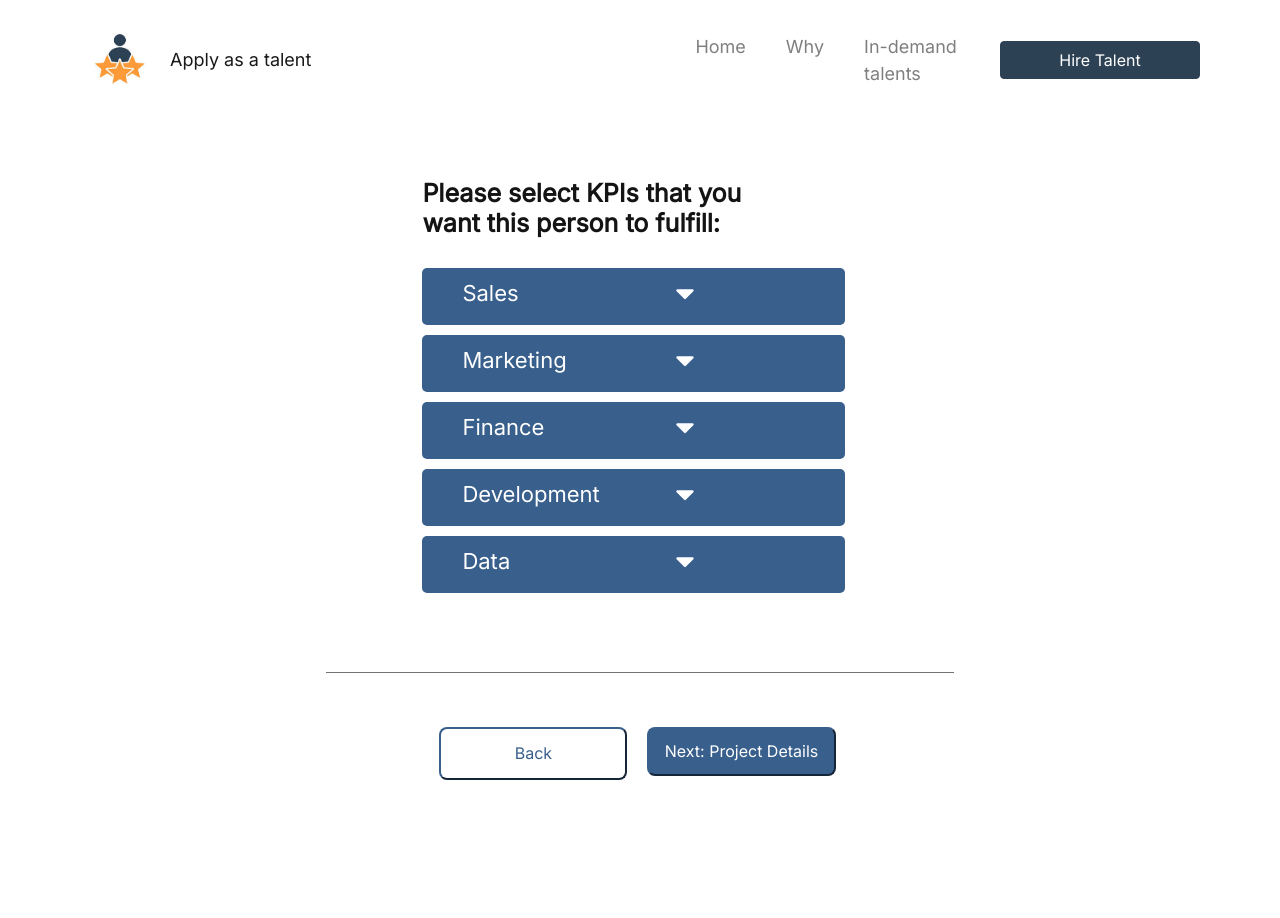
Repository: Ashwe9/talent-hire-reactJs
Page: /kpis
An editor plug-in stored every save of this project. The page is shown before and after a run of saves, followed by the edit.
The browser window is 1280 px wide. The pictures show the whole page.
The project was rebuilt for these pictures with package versions that can differ from the ones it lists, and the page was loaded fresh each time. Also part of the build but not shown: src/homePage/components/TrustedBy/TrustedBy.css, src/homePage/components/TrustedBy/TrustedBy.js, src/homePage/components/Roles/Roles.css, src/homePage/components/Roles/Roles.js, src/homePage/components/homePageFooter/HomePageFooter.css, src/homePage/components/homePageFooter/HomePageFooter.js, src/homePage/HomePage.js, src/kpisPage/Talents.css and 6 more.

Above is the page before, as saved 2022-08-20 13:37:29.

### public/index.html
<!DOCTYPE html>
<html lang="en">
  <head>
    <meta charset="utf-8" />
    <link rel="icon" href="%PUBLIC_URL%/favicon.ico" />
    <meta name="viewport" content="width=device-width, initial-scale=1" />
    <meta name="theme-color" content="#000000" />
    <meta
      name="description"
      content="Web site created using create-react-app"
    />
    <link rel="apple-touch-icon" href="%PUBLIC_URL%/logo192.png" />
    <link rel="manifest" href="%PUBLIC_URL%/manifest.json" />
    <link rel="stylesheet" href="https://stackpath.bootstrapcdn.com/bootstrap/4.4.1/css/bootstrap.min.css" integrity="sha384-Vkoo8x4CGsO3+Hhxv8T/Q5PaXtkKtu6ug5TOeNV6gBiFeWPGFN9MuhOf23Q9Ifjh" crossorigin="anonymous">
    <link href='https://fonts.googleapis.com/css?family=Inter' rel='stylesheet'>

    <title>App</title>
  </head>
  <body>
    <noscript>You need to enable JavaScript to run this app.</noscript>
    <div id="root"></div>
    <script src="https://code.jquery.com/jquery-3.4.1.slim.min.js" integrity="sha384-J6qa4849blE2+poT4WnyKhv5vZF5SrPo0iEjwBvKU7imGFAV0wwj1yYfoRSJoZ+n" crossorigin="anonymous"></script>
    <script src="https://cdn.jsdelivr.net/npm/popper.js@1.16.0/dist/umd/popper.min.js" integrity="sha384-Q6E9RHvbIyZFJoft+2mJbHaEWldlvI9IOYy5n3zV9zzTtmI3UksdQRVvoxMfooAo" crossorigin="anonymous"></script>
    <script src="https://stackpath.bootstrapcdn.com/bootstrap/4.4.1/js/bootstrap.min.js" integrity="sha384-wfSDF2E50Y2D1uUdj0O3uMBJnjuUD4Ih7YwaYd1iqfktj0Uod8GCExl3Og8ifwB6" crossorigin="anonymous"></script>  </body>
</html>

### src/App.js
import React from 'react'
import { BrowserRouter as Router, Route, Routes, Navigate } from 'react-router-dom';
import { HomePage } from './homePage/HomePage';
import KPISPage from './kpisPage/KPISPage';
import ProjectDetails from './projectDetails/ProjectDetails';
import ProfessionalDetails from './professionalDetails/ProfessionalDetails';

function App() {
  return (
    <Router>
      <Routes>
        <Route exact path="*" element={<Navigate to="/" replace />}/>
        <Route exact path="/" element={<HomePage />} />
        <Route exact path="/kpis" element={<KPISPage />} />
        <Route exact path="/projectdetails" element={<ProjectDetails />} />
        <Route exact path="/professionaldetails" element={<ProfessionalDetails />} />

      </Routes>
    </Router>
  );
}

export default App;

### src/kpisPage/KPISPage.js
import React from 'react'
import './KPISPage.css'
import { Navbar } from '../shared-components/Navbar/Navbar'
import Header from './Header'
import DropDown from './DropDown'
import { Footer } from '../shared-components/Footer/Footer'

const KPISPage = () => {
  return (
    <div>
      <Navbar />
      <Header />
      <DropDown title="Sales"/>
      <DropDown title="Marketing"/>
      <DropDown title="Finance"/>
      <DropDown title="Development"/>
      <DropDown title="Data"/>
      <Footer nextTitle="Next: Project Details" nextPath="/projectdetails" previousPath="/"/>
    </div>
  )
}

export default KPISPage

### src/shared-components/Navbar/Navbar.js
import React from 'react'
import './Navbar.css'
import { Navigate, useNavigate } from 'react-router-dom'

export const Navbar = () => {
  let navigate = useNavigate();

  return (
    <nav className="navbar navbar-expand-lg navbar-light">
      <img src= {require('../../assets/icon.png')} className="icon"/>
      <a className="navbar-brand title" href="#">Apply as a talent</a>
      <button className="navbar-toggler" type="button" data-toggle="collapse" data-target="#navbarText" aria-controls="navbarText" aria-expanded="false" aria-label="Toggle navigation">
        <span className="navbar-toggler-icon"></span>
      </button>
      <div className="collapse navbar-collapse" id="navbarText">
        <ul className="navbar-nav mr-auto">
          <li className="nav-item">
            <a className="nav-link" href="" onClick={() => {
                navigate('/', { replace: true });
              } }>Home</a>
          </li>

          <li className="nav-item">
            <a className="nav-link" href="#">Why</a>
          </li>
          <li className="nav-item">
            <a className="nav-link" href="#">In-demand talents</a>
          </li>
        </ul>
        <span className="navbar-text">
          <button className='btn btn-dark navbar-btn'>Hire Talent</button>
        </span>
      </div>
    </nav>
  )
}

### src/kpisPage/Header.js
import React from 'react'
import './Header.css'

const Header = () => {
  return (
    <div className='header-box'>
        <p className='header-by-title'>
            Please select KPIs that you want this person to fulfill:
        </p>
    </div>
  )
}

export default Header

### src/kpisPage/DropDown.js
import {FaCaretDown, FaCaretUp} from 'react-icons/fa'
import React , { useState } from 'react'
import './DropDown.css'
import { left } from '@popperjs/core'
import Talents from './Talents'


const DropDown = ({title}) => {
    const [x, setCount] = useState(0);
    const incrementCount = () => {
        setCount(x + 1);
      };

  return (
    <div>
        <div className='dropdown-box' onClick={incrementCount} >
            <p className='dropdown-title'>{title}</p>
            <a> { x%2===0 ? <FaCaretDown id='icon' size={30} style={{}} /> : <FaCaretUp id='icon' size={30} style={{}} />}</a>
        </div>
        { x%2===1 ? <Talents title={title}/> : <></>}
    </div>
  )
}

export default DropDown

### src/shared-components/Footer/Footer.js
import React from 'react'
import './Footer.css'
import { useNavigate  } from 'react-router-dom'


export  const Footer = ({nextTitle, nextPath, previousPath}) => {

  let navigate = useNavigate();

  const goNext = () => {
    let path =  nextPath;
    navigate(path);
  };
  const goBack = () => {
    let path =  previousPath;
    navigate(path);
  };

  return (
      <footer>
        <div className='Footer-box'>
            <hr id="footer-line"/>
            <div className='buttons'>
              <button className='Footer-button-back'
              onClick={goBack}
                >Back</button>

              <button className='Footer-button-next'
              onClick={goNext}
                >{nextTitle}</button>
        </div>
        </div>
      </footer>
    )
  }

### src/shared-components/Navbar/Navbar.css
.icon{
    width: 80px;
}

.title{
    font-family: "Inter";
    font-style: normal;
    font-weight: 500;
    font-size: 18px;
    line-height: 28px;
    align-items: center;
    color: #444444;
    padding-left: 10px;
}

#navbarText{
    margin-left: 30%;
}
.navbar-items{
    margin: 0 35%;

}

.nav-item{
    font-family: "Inter";
    font-style: normal;
    font-weight: 500;
    font-size: 18px;
    align-items: center;
    color: #444444;
    padding-left: 24px;
}

.navbar-btn{
    font-family: "Inter";
    font-style: bold;
    background: #2c4154;
    /* padding: 5px 50px; */
    border-color: #2c4154;
    width: 200px;
}

.navbar{
    margin: 10px 5%;
}

@media only screen and (max-width: 600px) {
    body {
      background-color: lightblue;
    }
  }

### src/kpisPage/Header.css
.header-box{
    margin: 30px 30%;
    padding: 3%;
    padding-bottom: 0%;
    align-items: center;
    width: 35%;
}

.header-by-title{
    font-family: "Inter";
    font-style: bolder;
    font-weight: 700;
    font-size: 25px;
    line-height: 30px;
    align-items: center;
    color: #141414;
}


@media only screen and (max-width: 700px) {

    .header-by-title{
        font-size: 16px;
    }

    .header-box{
        margin-left: 40px;
        width: 100%;
    }
  }
@media only screen and (max-width: 450px) {
    .header-by-title{
        font-size: 13px;
    }
    .header-box{
        margin-left: 70px;
        width: 100%;
    }
}

### src/kpisPage/DropDown.css
.dropdown-box{
    margin: 0px 33%;
    padding-top: 10px;
    padding-bottom: 1px;
    width: 33%;
    background-color: #395f8c;
    border-radius: 5px;
    display: flex;
    cursor: pointer;
    margin-bottom: 10px;

}

.dropdown-title{
    font-family: "Inter";
    font-style: bolder;
    font-weight: 300;
    font-size: 22px;
    line-height: 30px;
    align-items: center;
    color: white;
    margin-left: 40px;
}

#icon{
    color: white;
    position:absolute;
    right:580px;
}


@media only screen and (max-width: 700px) {

    .dropdown-title{
        font-size: 16px;
        margin-left: 15px;
    }

    .dropdown-box{
        margin-left: 60px;
        width: 75%;
    }
    #icon{
        opacity: 0;
    }
  }
@media only screen and (max-width: 450px) {
    .dropdown-title{
        font-size: 11px;
        margin-left: 0;
    }
    .dropdown-box{
        margin-left: 30px;
        width: 60%;
    }

    #icon{
        opacity: 0;
    }
}

### src/shared-components/Footer/Footer.css
#footer-line{
    background-color: gray;
    width: 50%;
}

.Footer-box{
    margin-top: 50px;
    padding: 1%;
}

.buttons{
    display: flex;
}

.Footer-button-back{
    margin-top: 3%;
    /* margin-left: 30%; */
    font-family: "Inter";
    font-style: normal;
    padding: 1% 1%;
    background-color: white;
    border-color: #395f8c;
    color: #395f8c;
    height: 10%;
    width: 15%;
    border-radius: 0.5rem;
    margin-left: 34%;
    margin-bottom: 10%;
}
.Footer-button-next{
    margin-top: 3%;
    /* margin-left: 30%; */
    font-family: "Inter";
    background: #395f8c;
    border-color: #395f8c;
    padding: 1% 1%;
    height: 10%;
    width: 15%;
    border-radius: 0.5rem;
    margin-bottom: 10%;
    margin-left: 20px;
    color: white;
    line-height: normal;
}

@media only screen and (max-width: 700px) {
    #footer-line{
        background-color: gray;
        width: 80%;
    }
    .Footer-button-next{
        padding: 2% ;
        height: 10%;
        width: fit-content;
        margin-left: 5%;
        font-size: 12px;
    }
    .Footer-button-back{
        padding: 2% ;
        height: 10%;
        width: 20%;
        margin-left: 20%;
        font-size: 12px;
    }
}

### src/projectDetails/Header.css
.headers-box{
    margin: 30px 30%;
    padding: 3%;
    padding-bottom: 0%;
    align-items: center;
    width: 40%;
}

.header{
    font-family: "Inter";
    font-style: bolder;
    font-weight: 600;
    font-size: 35px;
    line-height: 30px;
    align-items: center;
    color: #141414;
    margin-bottom: 50px;
}

.header-by-title{
    font-family: "Inter";
    font-style: bolder;
    font-weight: 700;
    font-size: 25px;
    line-height: 30px;
    align-items: center;
    color: #141414;
}


@media only screen and (max-width: 700px) {

    .header-by-title{
        font-size: 16px;
    }

    .header-box{
        margin-left: 40px;
        width: 100%;
    }
  }
@media only screen and (max-width: 450px) {
    .header-by-title{
        font-size: 13px;
    }
    .header-box{
        margin-left: 70px;
        width: 100%;
    }
}

Loaded but not shown: src/index.js (common file); src/reportWebVitals.js (common file); src/index.css (no stored copy; drawn as an empty file); src/kpisPage/KPISPage.css (no stored copy; drawn as an empty file); src/professionalDetails/ProfessionalDetails.css (no stored copy; drawn as an empty file)

After the next 3 saves:
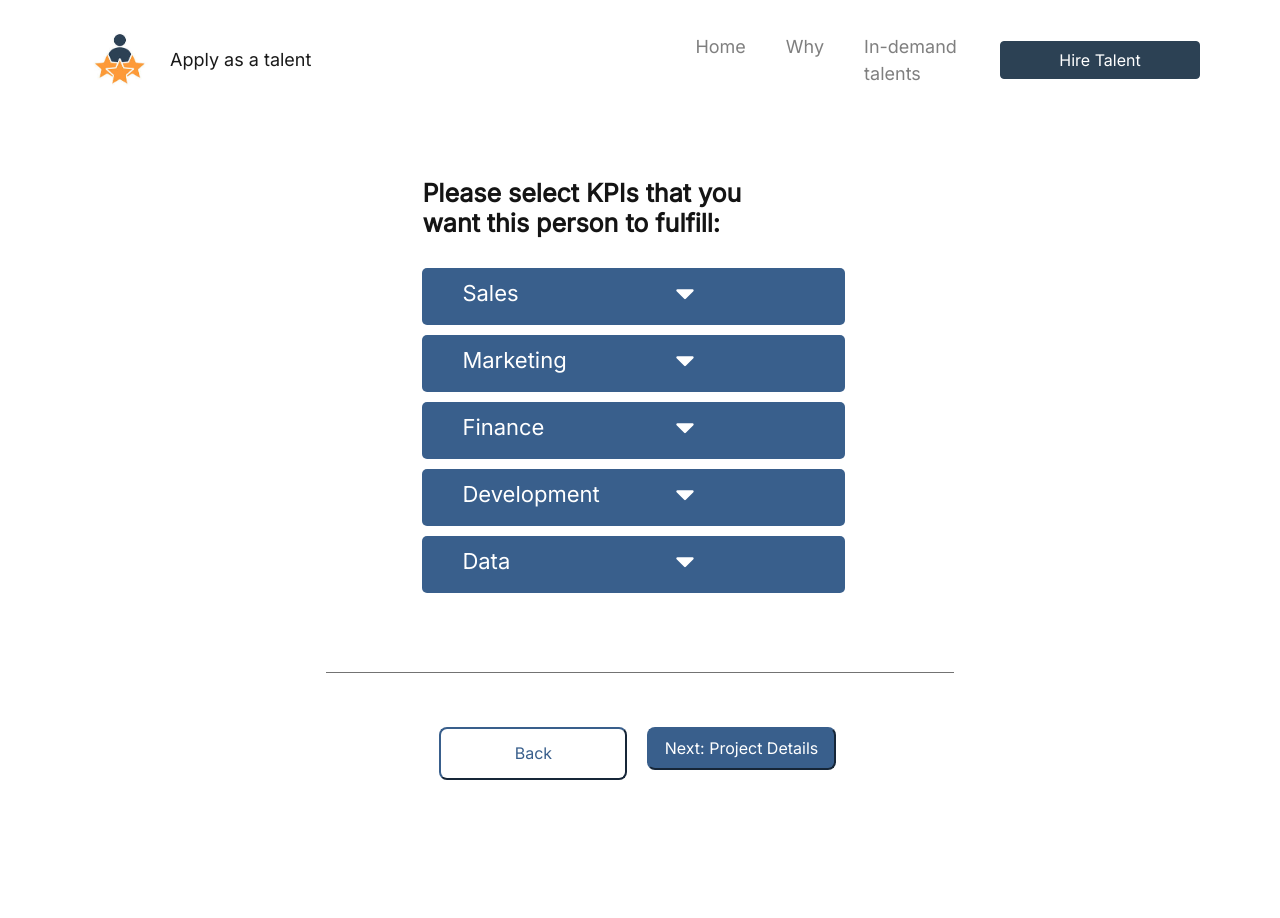
The 3 saves are shown as one change because they came seconds apart.
The last was saved 12 s later.
--- a/src/shared-components/Footer/Footer.css
+++ b/src/shared-components/Footer/Footer.css
@@ -40,7 +40,7 @@
     margin-bottom: 10%;
     margin-left: 20px;
     color: white;
-    line-height: normal;
+    line-height: 0.9;
 }
 
 @media only screen and (max-width: 700px) {
